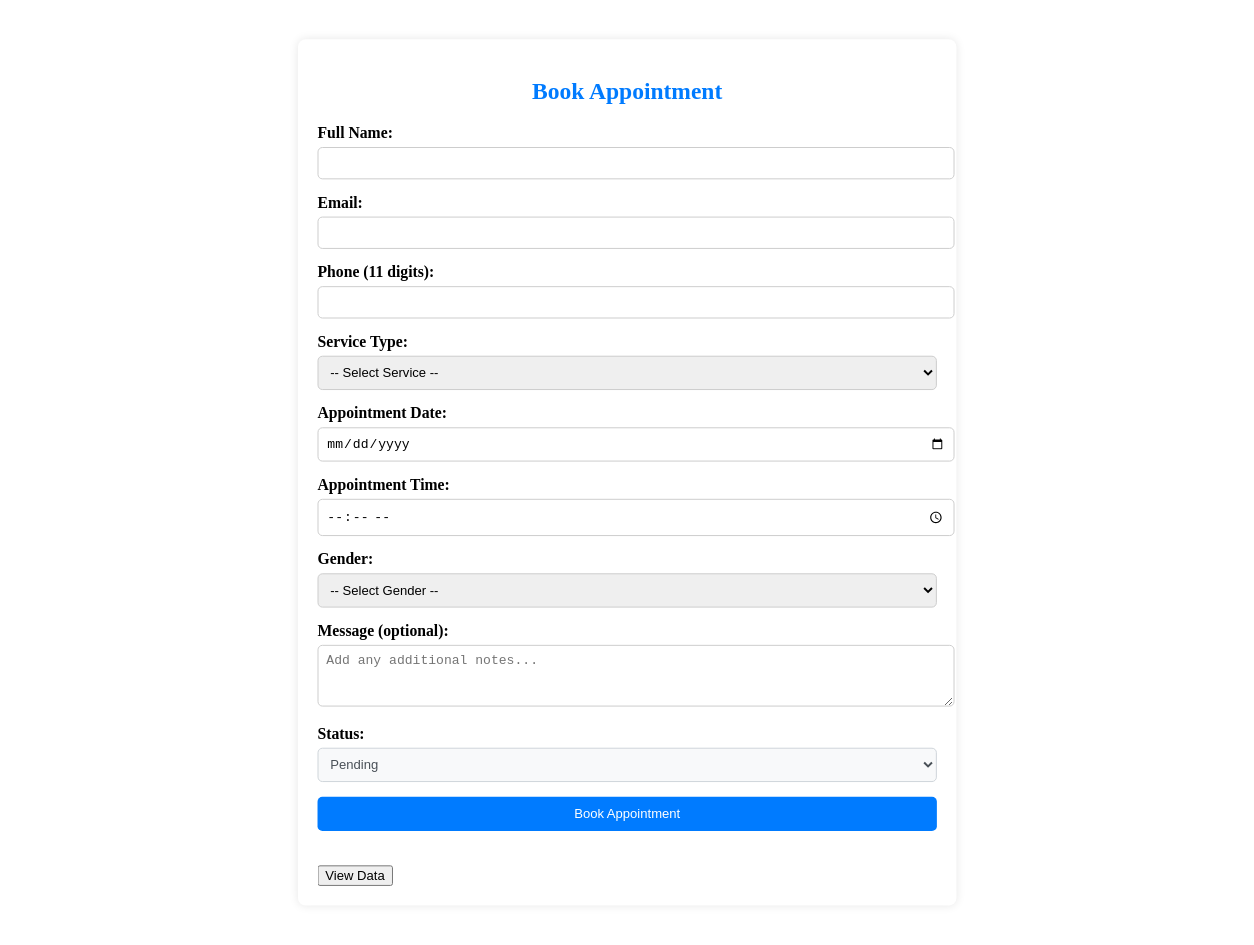
Repository: Arisha004/Hospital-Appointment-Management-System
Page: http://localhost/
The author's editor kept a copy of each file at every save. The page is drawn from the files as they stood at one save, then again after the next save.
The browser window is 1280 px wide. The pictures show the whole page, at 98% of full size.
The page is run by PHP 8.4 with error messages shown; the project is at /var/www/html/.

Above is the page before, as saved 2025-10-21 01:11:34.

After the next save:
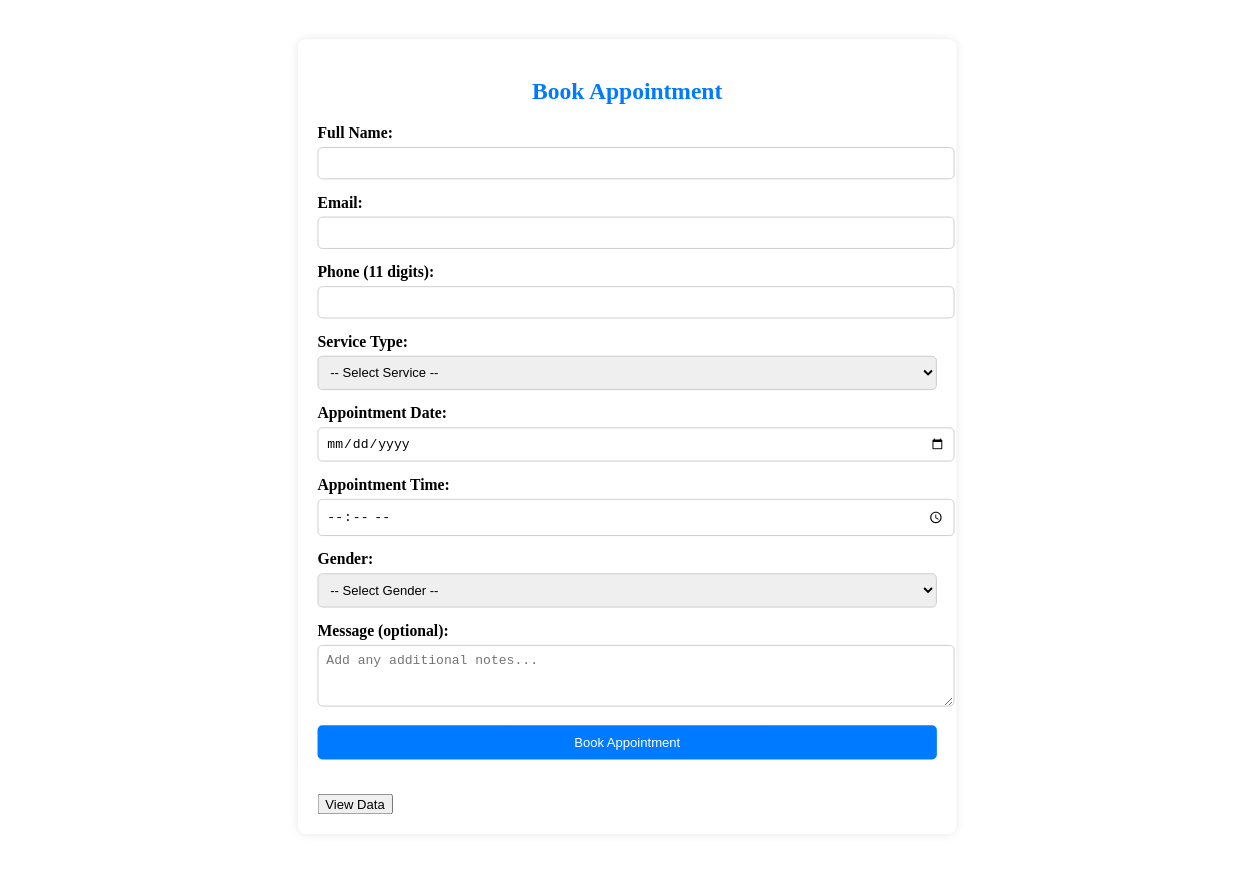
Saved 5 s later.
--- a/index.php
+++ b/index.php
@@ -29,20 +29,6 @@
   input[type=submit]:hover {
       background-color: #0056b3;
   }
-  select[name="status"] {
-    background-color: #f8f9fa;
-    color: #495057;
-    padding: 8px;
-    margin-bottom: 15px;
-    border: 1px solid #ced4da;
-    border-radius: 5px;
-    width: 100%;
-}
-
-select[name="status"] option[value="Pending"] { color: #ffc107; }
-select[name="status"] option[value="Confirmed"] { color: #28a745; }
-select[name="status"] option[value="Cancelled"] { color: #dc3545; }
-select[name="status"] option[value="Completed"] { color: #17a2b8; }
 </style>
 </head>
 <body>
@@ -85,14 +71,6 @@
 
     <label>Message (optional):</label>
     <textarea name="message" rows="3" placeholder="Add any additional notes..."></textarea>
-  <label>Status:</label>
-    <select name="status" required>
-      <option value="Pending">Pending</option>
-      <option value="Confirmed">Confirmed</option>
-      <option value="Cancelled">Cancelled</option>
-      <option value="Completed">Completed</option>
-    </select>
-
 
     <input type="submit" name="submit" value="Book Appointment">
   </form>

After the save that followed:
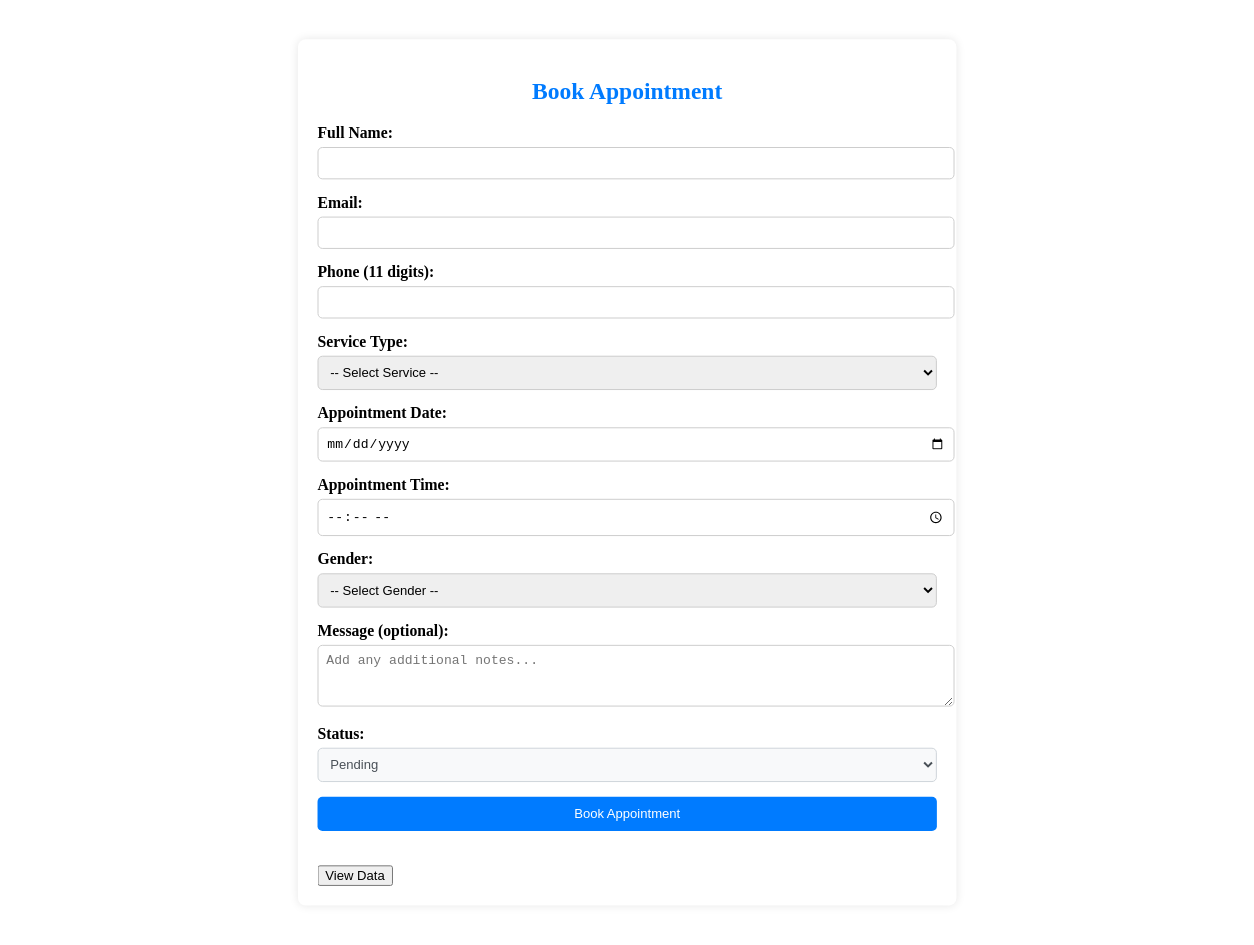
Saved 3 min 1 s later.
--- a/index.php
+++ b/index.php
@@ -29,6 +29,20 @@
   input[type=submit]:hover {
       background-color: #0056b3;
   }
+  select[name="status"] {
+    background-color: #f8f9fa;
+    color: #495057;
+    padding: 8px;
+    margin-bottom: 15px;
+    border: 1px solid #ced4da;
+    border-radius: 5px;
+    width: 100%;
+}
+
+select[name="status"] option[value="Pending"] { color: #ffc107; }
+select[name="status"] option[value="Confirmed"] { color: #28a745; }
+select[name="status"] option[value="Cancelled"] { color: #dc3545; }
+select[name="status"] option[value="Completed"] { color: #17a2b8; }
 </style>
 </head>
 <body>
@@ -71,6 +85,16 @@
 
     <label>Message (optional):</label>
     <textarea name="message" rows="3" placeholder="Add any additional notes..."></textarea>
+  <label>Status:</label>
+    <select name="status" required>
+      <option value="Pending">Pending</option>
+      <option value="Confirmed">Confirmed</option>
+      <option value="Cancelled">Cancelled</option>
+      <option value="Completed">Completed</option>
+    </select>
+
+    <!-- Created at will be handled in PHP processing -->
+    <input type="hidden" name="created_at" value="<?php echo date('Y-m-d H:i:s'); ?>">
 
     <input type="submit" name="submit" value="Book Appointment">
   </form>
